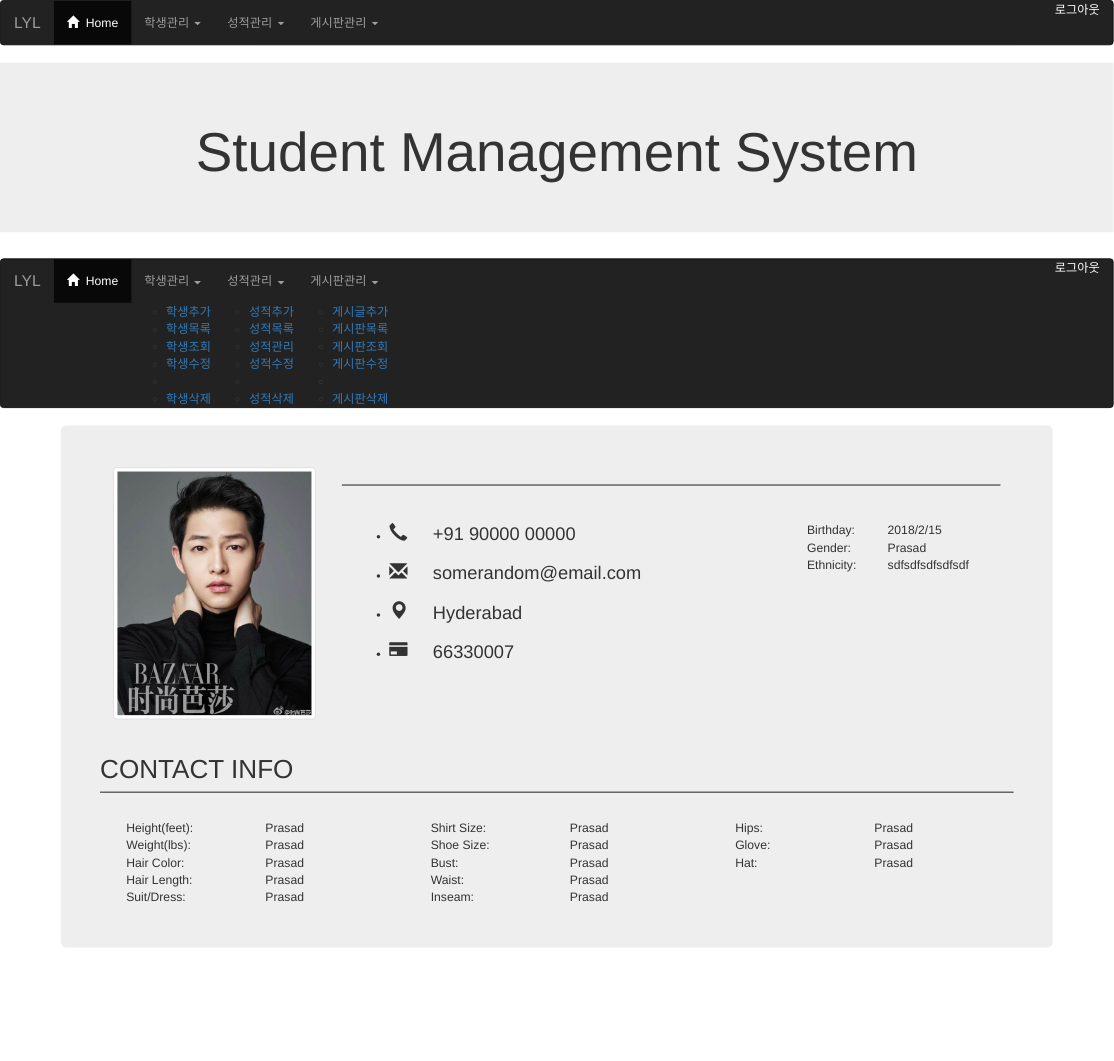
Repository: nikia0522/GMS2-JQUERY
Page: http://localhost/GMS2/WEB-INF/view/member/member_detail.jsp
An editor plug-in stored every save of this project. The page is shown before and after the next save, followed by the edit.
The browser window is 1280 px wide. The pictures show the whole page, at 87% of full size.
Some web libraries are served in a nearby version. The page is served by Tomcat 9. Nobody is signed in. The template is opened directly, without the code that normally fills it, so the values that code supplies are empty.

Above is the page before, as saved 2017-08-29 06:11:41.
Console error: TypeError: Cannot read properties of undefined (reading 'setAttribute')

After the next save:
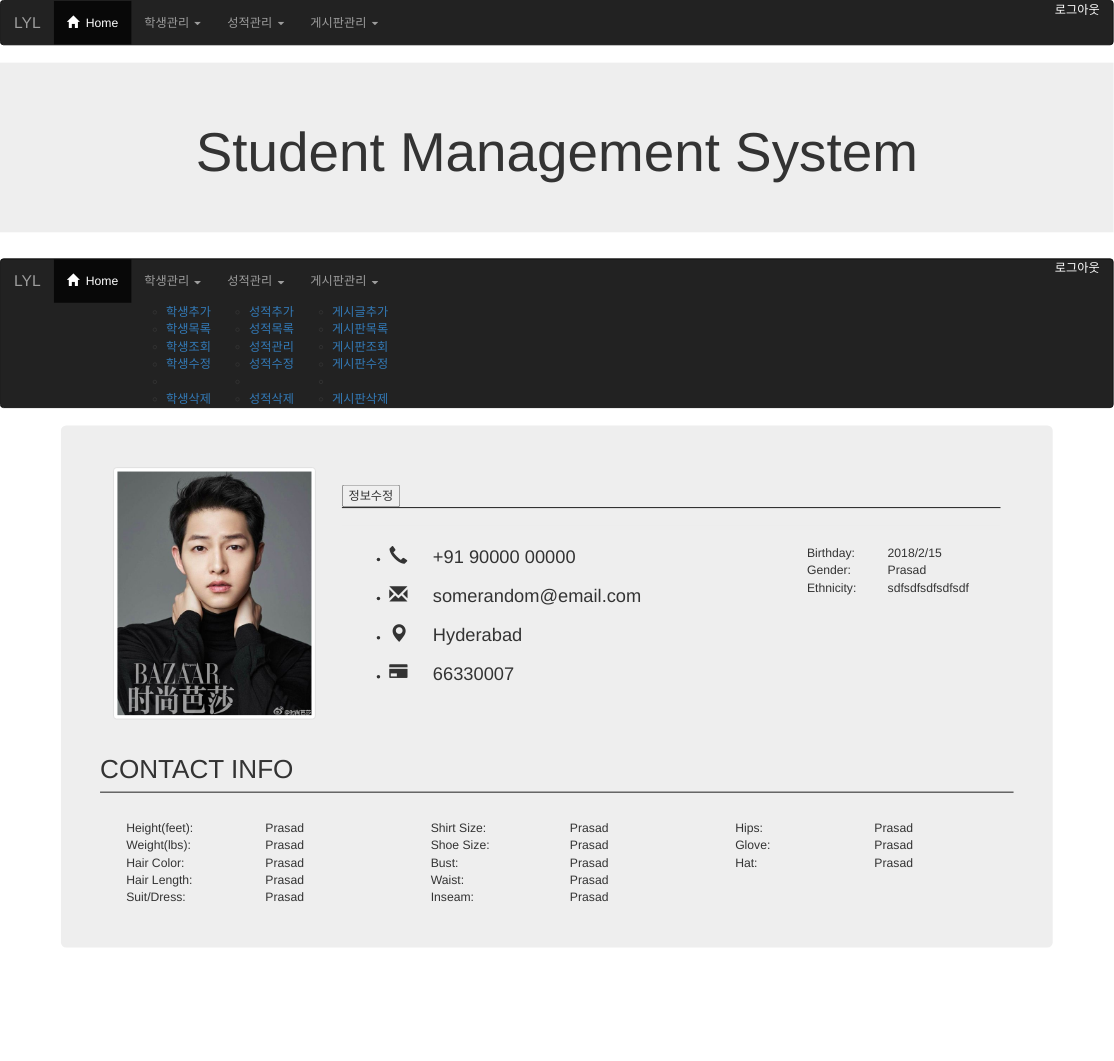
Saved 11 min 17 s later.
--- a/GMS2/WebContent/WEB-INF/view/member/member_detail.jsp
+++ b/GMS2/WebContent/WEB-INF/view/member/member_detail.jsp
@@ -14,6 +14,7 @@
                 <div class="col-md-9 col-xs-12 col-sm-6 col-lg-9">
                     <div class="" style="border-bottom:1px solid black">
                       <h2>${requestScope.student.name}</h2>
+                      <button id="updateBtn">정보수정</button>
                     </div>
                       <hr>
                     <div class="col-md-8">
